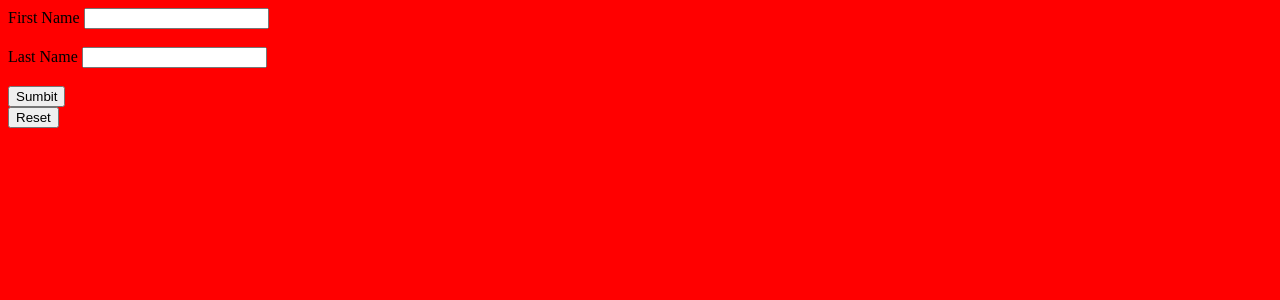
Repository: Fariaddd/codefactor-stylesheet
Page: index.html
An editor plug-in stored every save of this project. The page is shown before and after the next save, followed by the edit.
The browser window is 1280 px wide. The pictures show the whole page.

Above is the page before, as saved 2021-11-17 19:05:34.

### index.html
<!DOCTYPE html>
<html lang="en">
  <head>
    <meta charset="UTF-8" />
    <meta http-equiv="X-UA-Compatible" content="IE=edge" />
    <meta name="viewport" content="width=device-width, initial-scale=1.0" />
    <title>Document</title>
    <link rel="stylesheet" href="./styles/styles.css" />
  </head>
  <body>
    <form action="/action_page.php">
      <label for="firstname">First Name</label>
      <input type="text" id="firstname" name="firstname" /><br /><br />
      <label for="lastname">Last Name</label>
      <input type="text" id="lastname" name="lastname" /><br /><br />
      <input type="submit" value="Sumbit" />
    </form>

    <div>
      <input type="reset" />
    </div>
  </body>
</html>

### styles/styles.css
body {
  background-color: red;
}
h1 {
  font-size: 26px;
  color: purple;
}

p {
  font-size: 16px;
  color: royalblue;
}

After the next save:
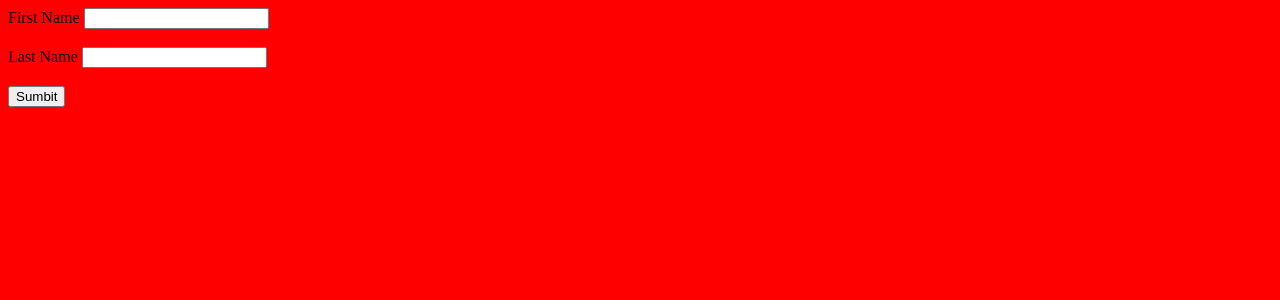
Saved 7 s later.
--- a/index.html
+++ b/index.html
@@ -17,7 +17,7 @@
     </form>
 
     <div>
-      <input type="reset" />
+      <input type="hidden" />
     </div>
   </body>
 </html>
